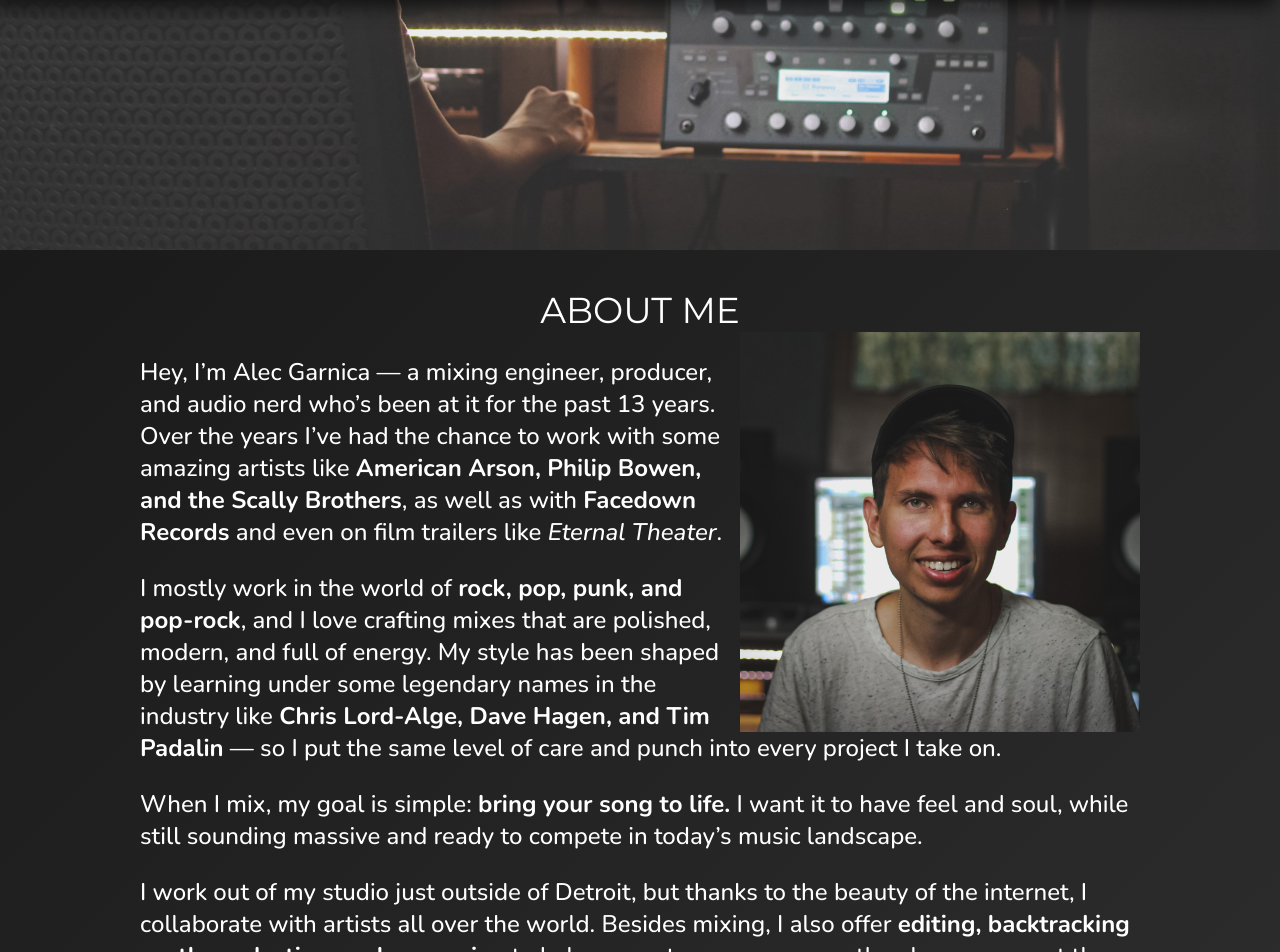
Repository: Aworminator/mixing-portfolio
Page: index.html
The author's editor kept a copy of each file at every save. The page is drawn from the files as they stood at one save, then again after a run of saves.
The browser window is 1280 px wide. The pictures show the part of the page from y = 470 to 1422 px (the page is 6553 px tall before and 6633 px after).
Some web fonts or font styles are not loaded; a fallback is used.

Above is the page before, as saved 2025-09-02 17:17:13.
Console error: ReferenceError: emailjs is not defined

After the next 2 saves:
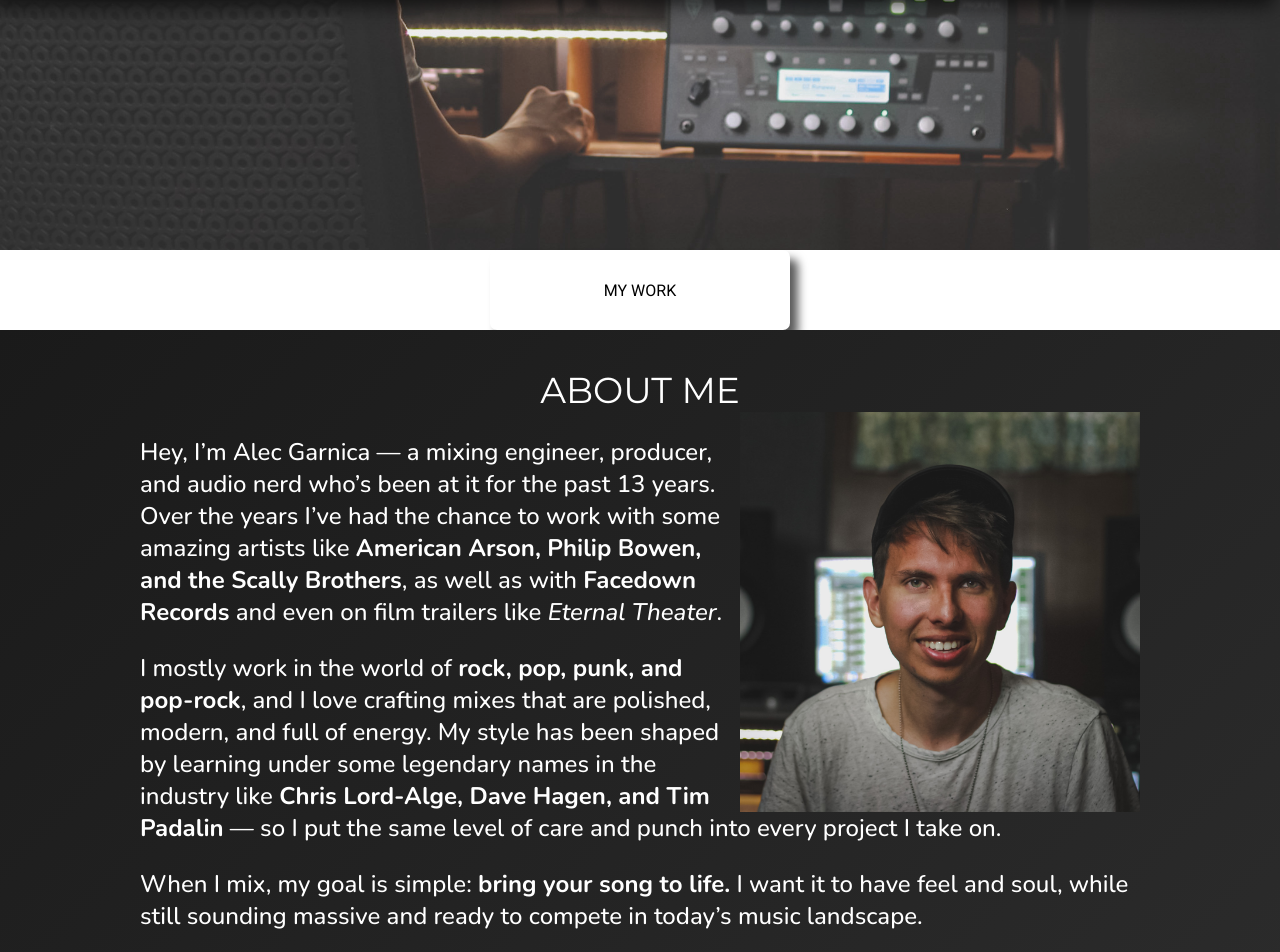
The 2 saves are shown as one change because they came seconds apart.
The last was saved 11 s later.
--- a/index.html
+++ b/index.html
@@ -34,9 +34,9 @@
         <div class="overlay">
           <h1 class="gothic-a1-regular">ALEC GARNICA</h1>
           <h2 class="gothic-a1-regular">MIXER/PRODUCER/ENGINEER</h2>
-
         </div>
       </div>
+      <button class="work-button">MY WORK</button>
     </section>
     <section class="about-me">
       <div class="about-info">
